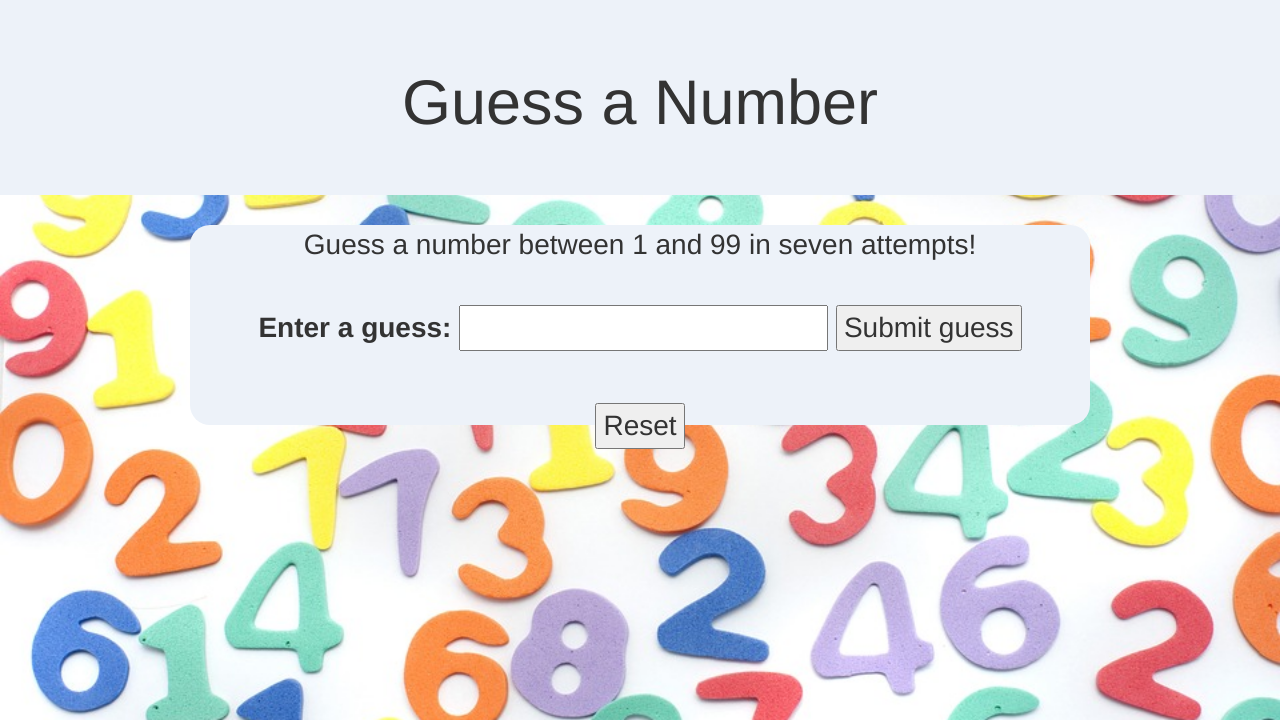
Repository: EricG831/lab2
Page: guessNumber/index.html
The author's editor kept a record of every edit. The page is drawn from the files as they stood at one moment, then again after the next edit.
The browser window is 1280 px wide. The pictures show the whole page.

Above is the page before.

After the next edit:
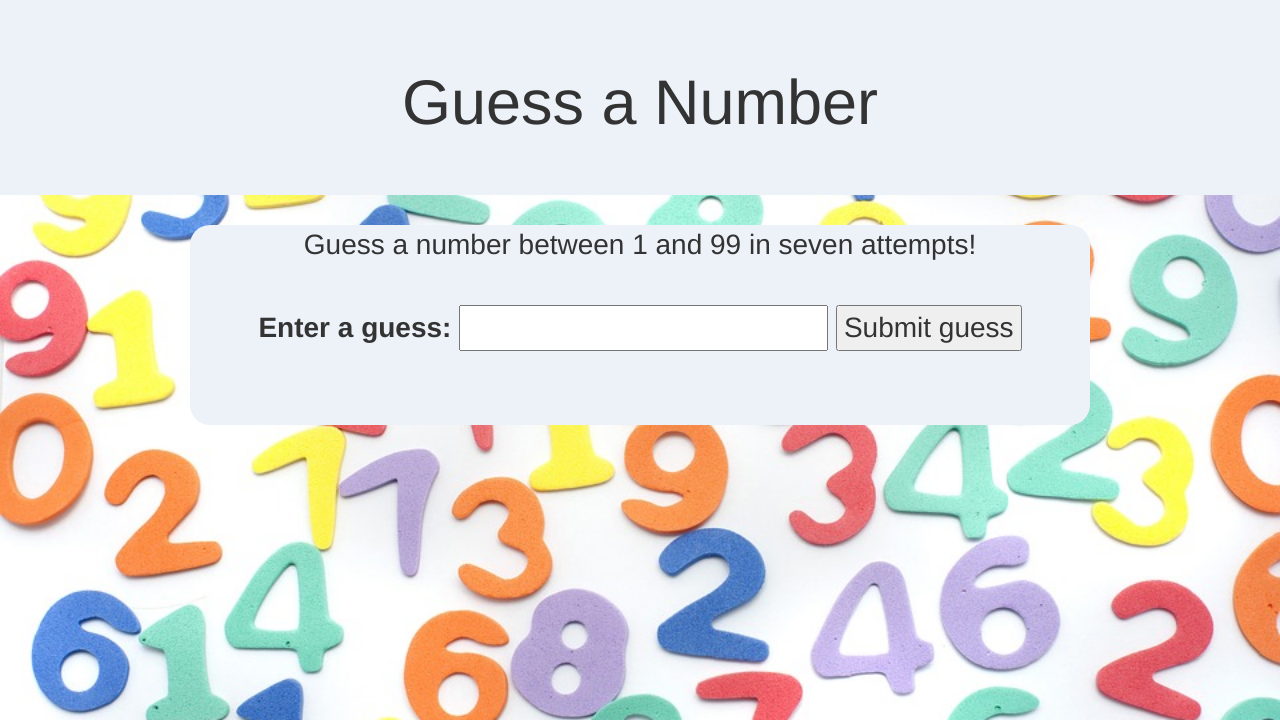
Console error: ReferenceError: chekcGuess is not defined
The edit:
--- a/guessNumber/index.html
+++ b/guessNumber/index.html
@@ -46,6 +46,67 @@
 
           var guessCount = 1;
           var resetButton = document.querySelector('#reset');
+          resetButton.style.display = 'none';
+
+          function checkGuess(){
+              var userGuess = Number(guessField.value);
+            if (guessCount === 1) {
+                guesses.innerHTML = 'Previous guesses: ';
+            }
+            guesses.innerHTML += userGuess + ' ';
+
+              if (userGuess === randomNumber) {
+                lastResult.innerHTML = 'Congratulations! You got it right!';
+                lastResult.style.backgroundColor = 'green';
+                lowOrHi.innerHTML = '';
+                setGameOver();
+              } else if (guessCount === 7) {
+                lastResult.innerHTML = 'Sorry, you lost!';
+                setGameOver();
+              } else {
+                lastResult.innerHTML = 'Wrong!';
+                lastResult.style.backgroundColor = 'red';
+                if(userGuess < randomNumber) {
+                  lowOrHi.innerHTML = 'Last guess was too low!';
+                } else if(userGuess > randomNumber) {
+                  lowOrHi.innerHTML = 'Last guess was too high!';
+                }
+              }
+
+              guessCount++;
+              guessField.value = '';
+              guessField.focus();
+          }
+
+          guessSubmit.addEventListener('click', chekcGuess);
+
+          function setGameOver() {
+            guessField.disabled = true;
+            guessSubmit.disabled = true;
+            resetButton.style.display = 'inline';
+            resetButton.addEventListener('click', resetGame);
+          }
+
+          function resetGame() {
+            guessCount = 1;
+
+            var resetParas = document.querySelectorAll('.resultParas p');
+            for (var i = 0 ; i < resetParas.length ; i++) {
+              resetParas[i].textContent = '';
+            }
+
+            resetButton.style.display = 'none';
+
+            guessField.disabled = false;
+            guessSubmit.disabled = false;
+            guessField.value = '';
+            guessField.focus();
+
+            lastResult.style.backgroundColor = 'white';
+
+            randomNumber = Math.floor(Math.random() * 99) + 1;
+          }
+
 
         </script>
 

After the 2 edits that followed:
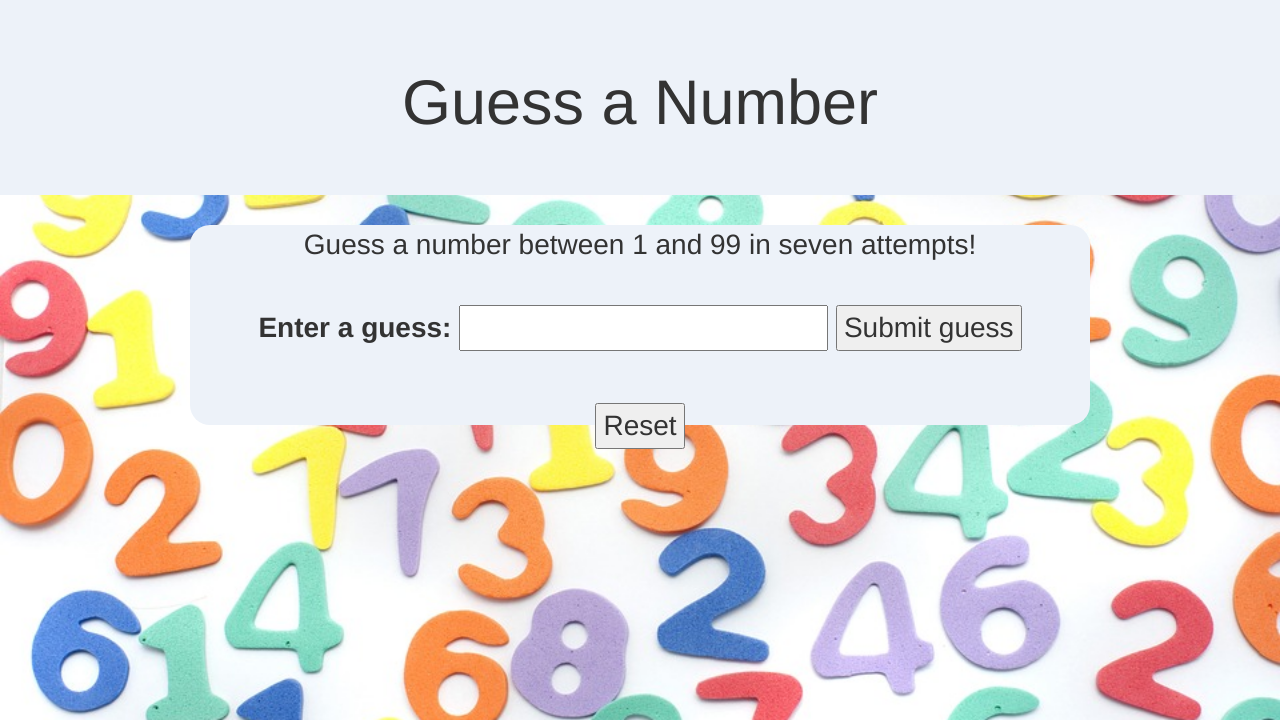
Console error: SyntaxError: Unexpected token '<'
The 2 edits are shown as one change because 1 left the picture as it was.
The edit:
--- a/guessNumber/index.html
+++ b/guessNumber/index.html
@@ -18,7 +18,7 @@
             <h1>Guess a Number</h1>
         </div>
 
-        <div id="directions">
+        <div id="directions" class= "resultParas">
             Guess a number between 1 and 99 in seven attempts!
 
             <br><br>
@@ -33,82 +33,6 @@
             <button id='reset'>Reset</button>
 
         </div>
-
-        <script >
-
-          var randomNumber = Math.floor(Math.random() * 99) + 1;
-          var guesses = document.querySelector('#guesses');
-          var lastResult = document.querySelector('#lastResult');
-          var lowOrHi = document.querySelector('#lowOrHi');
-
-          var guessSubmit = document.querySelector('.guessSubmit');
-          var guessField = document.querySelector('.guessField');
-
-          var guessCount = 1;
-          var resetButton = document.querySelector('#reset');
-          resetButton.style.display = 'none';
-
-          function checkGuess(){
-              var userGuess = Number(guessField.value);
-            if (guessCount === 1) {
-                guesses.innerHTML = 'Previous guesses: ';
-            }
-            guesses.innerHTML += userGuess + ' ';
-
-              if (userGuess === randomNumber) {
-                lastResult.innerHTML = 'Congratulations! You got it right!';
-                lastResult.style.backgroundColor = 'green';
-                lowOrHi.innerHTML = '';
-                setGameOver();
-              } else if (guessCount === 7) {
-                lastResult.innerHTML = 'Sorry, you lost!';
-                setGameOver();
-              } else {
-                lastResult.innerHTML = 'Wrong!';
-                lastResult.style.backgroundColor = 'red';
-                if(userGuess < randomNumber) {
-                  lowOrHi.innerHTML = 'Last guess was too low!';
-                } else if(userGuess > randomNumber) {
-                  lowOrHi.innerHTML = 'Last guess was too high!';
-                }
-              }
-
-              guessCount++;
-              guessField.value = '';
-              guessField.focus();
-          }
-
-          guessSubmit.addEventListener('click', chekcGuess);
-
-          function setGameOver() {
-            guessField.disabled = true;
-            guessSubmit.disabled = true;
-            resetButton.style.display = 'inline';
-            resetButton.addEventListener('click', resetGame);
-          }
-
-          function resetGame() {
-            guessCount = 1;
-
-            var resetParas = document.querySelectorAll('.resultParas p');
-            for (var i = 0 ; i < resetParas.length ; i++) {
-              resetParas[i].textContent = '';
-            }
-
-            resetButton.style.display = 'none';
-
-            guessField.disabled = false;
-            guessSubmit.disabled = false;
-            guessField.value = '';
-            guessField.focus();
-
-            lastResult.style.backgroundColor = 'white';
-
-            randomNumber = Math.floor(Math.random() * 99) + 1;
-          }
-
-
-        </script>
-
+        <script SRC="js/function.js"></script>
     </body>
 </html>
